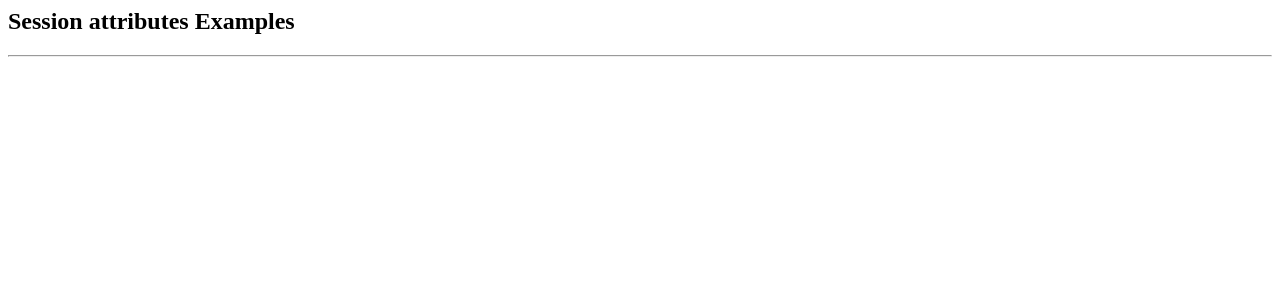
Repository: Ramakrishnmagadum/Testing_Branch
Page: http://localhost/Love-calculator-SessionAttributes/
These files come from the project's save history. The page is drawn as it stood at one moment and after the next save; the edit follows.
The browser window is 1280 px wide. The pictures show the whole page.
The page is served by Tomcat 9. Other server files are loaded and not shown.

Above is the page before, as saved 2025-05-02 10:49:20.

### Love-calculator-SessionAttributes/src/main/webapp/WEB-INF/view/index.jsp
<html>
<body>
<h2>Session attributes Examples</h2>
<hr><br>
</body>
</html>

After the next save:
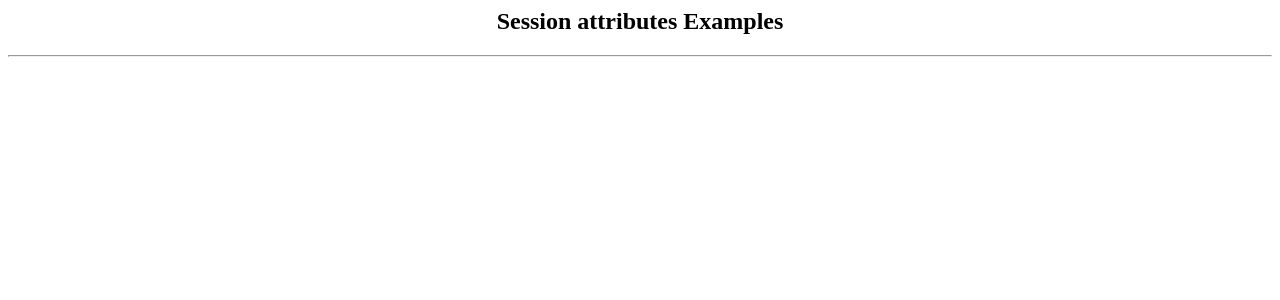
Saved 16 s later.
--- a/Love-calculator-SessionAttributes/src/main/webapp/WEB-INF/view/index.jsp
+++ b/Love-calculator-SessionAttributes/src/main/webapp/WEB-INF/view/index.jsp
@@ -1,6 +1,6 @@
 <html>
 <body>
-<h2>Session attributes Examples</h2>
+<h2 align="center" >Session attributes Examples</h2>
 <hr><br>
 </body>
 </html>
